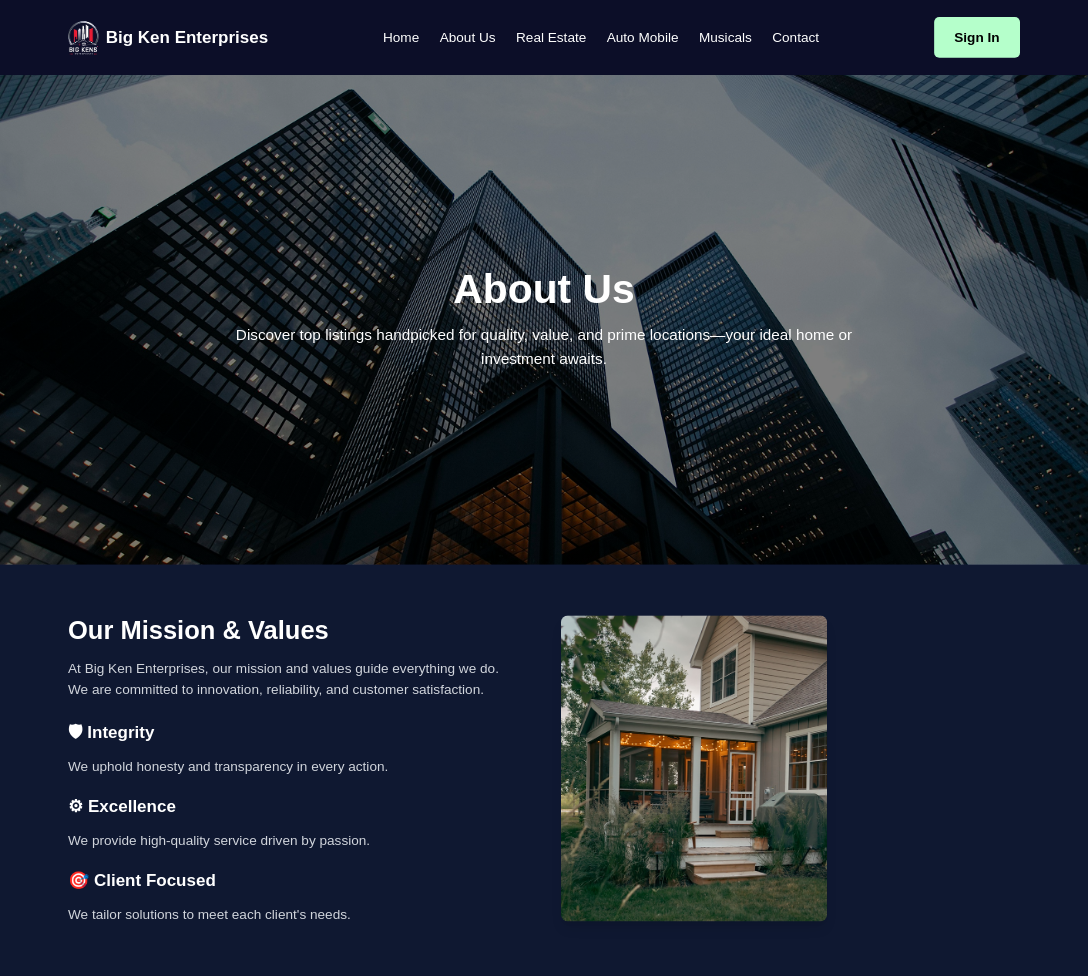
Repository: techvaro/Big-kens-realty-Frontend-react-
Page: /about (app in big-kens-realty/)
An editor plug-in stored every save of this project. The page is shown before and after the next save, followed by the edit.
The browser window is 1280 px wide. The pictures show the whole page, at 85% of full size.
The project was rebuilt for these pictures with package versions that can differ from the ones it lists, and the page was loaded fresh each time. Also part of the build but not shown: big-kens-realty/vite.config.js, big-kens-realty/src/components/Footer/Footer.jsx, big-kens-realty/src/components/Home/hero.jsx, big-kens-realty/src/components/Home/Services.jsx, big-kens-realty/src/components/Home/Stats.jsx, big-kens-realty/src/components/Home/About.jsx, big-kens-realty/src/components/Home/FeaturedProperties.jsx, big-kens-realty/src/components/Home/AutoMobileSale.jsx and 2 more.

Above is the page before, as saved 2025-12-08 14:56:35.

After the next save:
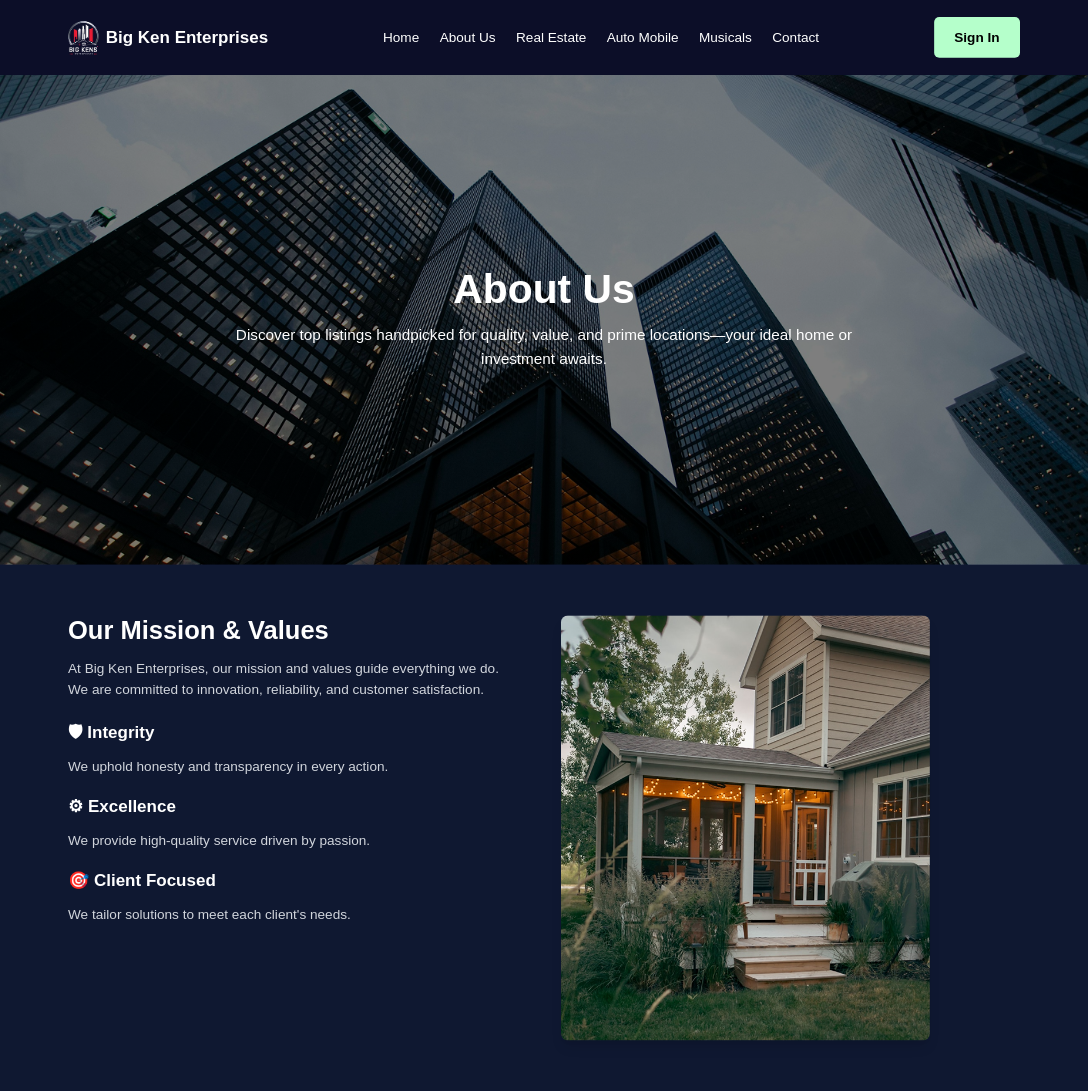
Saved 2 min 7 s later.
--- a/big-kens-realty/src/components/About/mission.jsx
+++ b/big-kens-realty/src/components/About/mission.jsx
@@ -2,33 +2,35 @@ import heroImage from "../../assets/image_about/house.png";
 // Mission & Values Section
 export default function MissionValues() {
 return (
-<section className="py-16 px-6 md:px-20 bg-[#0F1831] text-white grid md:grid-cols-2 gap-10">
-<div>
-<h2 className="text-3xl font-bold mb-6">Our Mission & Values</h2>
-<p className="mb-6 text-gray-300 max-w-lg">
-At Big Ken Enterprises, our mission and values guide everything we do. We are committed to innovation, reliability,
-and customer satisfaction.
-</p>
+  <div >
+    <section className="py-16 bg-[#0F1831] text-white grid md:grid-cols-2 gap-10">
+      <div>
+        <h2 className="text-3xl font-bold mb-6">Our Mission & Values</h2>
+        <p className="mb-6 text-gray-300 max-w-lg">
+          At Big Ken Enterprises, our mission and values guide everything we do. We are committed to innovation, reliability,
+          and customer satisfaction.
+        </p>
 
 
-<div className="space-y-5">
-<div>
-<h3 className="text-xl font-semibold">🛡 Integrity</h3>
-<p className="text-gray-300 max-w-md">We uphold honesty and transparency in every action.</p>
-</div>
-<div>
-<h3 className="text-xl font-semibold">⚙ Excellence</h3>
-<p className="text-gray-300 max-w-md">We provide high-quality service driven by passion.</p>
-</div>
-<div>
-<h3 className="text-xl font-semibold">🎯 Client Focused</h3>
-<p className="text-gray-300 max-w-md">We tailor solutions to meet each client's needs.</p>
-</div>
-</div>
-</div>
+        <div className="space-y-5">
+          <div>
+            <h3 className="text-xl font-semibold">🛡 Integrity</h3>
+            <p className="text-gray-300 max-w-md">We uphold honesty and transparency in every action.</p>
+          </div>
+          <div>
+            <h3 className="text-xl font-semibold">⚙ Excellence</h3>
+            <p className="text-gray-300 max-w-md">We provide high-quality service driven by passion.</p>
+          </div>
+          <div>
+            <h3 className="text-xl font-semibold">🎯 Client Focused</h3>
+            <p className="text-gray-300 max-w-md">We tailor solutions to meet each client's needs.</p>
+          </div>
+        </div>
+      </div>
 
 
-<img src={heroImage} alt="House" className="rounded-lg shadow-lg h-90" />
-</section>
+      <img src={heroImage} alt="House" className="rounded-lg shadow-lg max-h-[500px] object-cover" />
+    </section>
+  </div>
 );
 }
